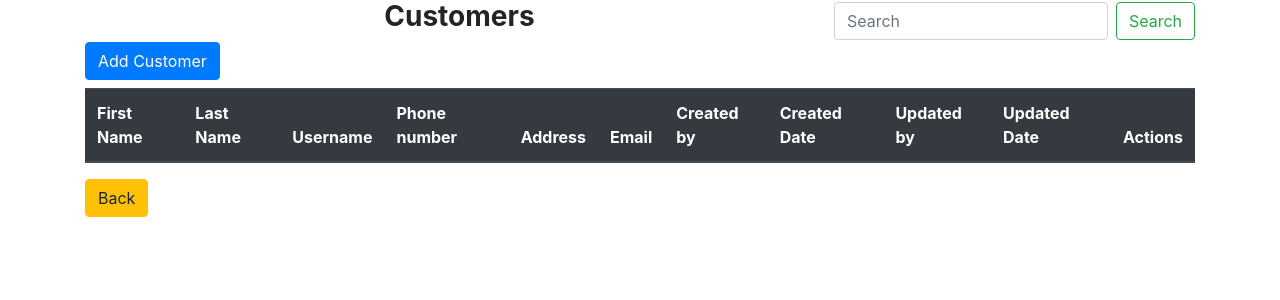
Repository: messimacky/Movie-Rental-System-Front-End
Page: /customers
An editor plug-in stored every save of this project. The page is shown before and after the next save, followed by the edit.
The browser window is 1280 px wide. The pictures show the whole page.
The page's requests for data from a server got no answer. The project was rebuilt for these pictures with package versions that can differ from the ones it lists, and the page was loaded fresh each time. No one was signed in, and anything a server would have sent is missing. Also part of the build but not shown: src/services/movie.service.js, src/components/AddMovie.js, src/components/MoviesList.js, src/components/NotFound.js, src/components/login/Login.js, src/components/AddCustomer.js, src/services/rental.service.js, src/components/RentalsList.js and 5 more.

Above is the page before, as saved 2022-05-04 23:42:26.

After the next save:
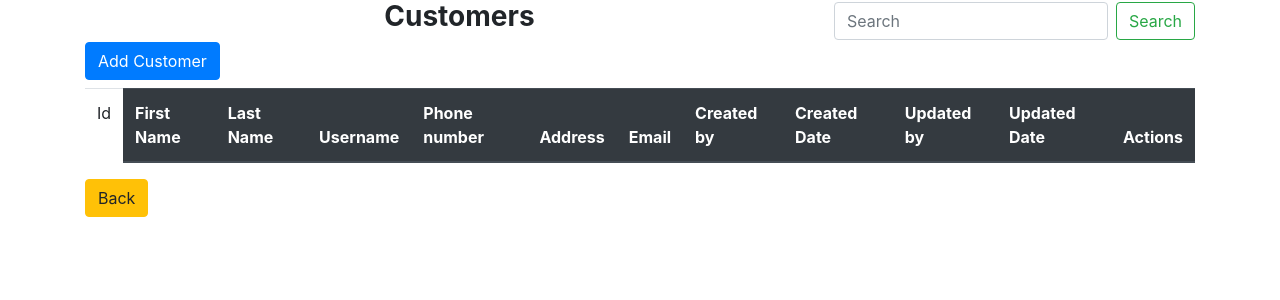
Saved 5 min 50 s later.
--- a/src/components/CustomerList.js
+++ b/src/components/CustomerList.js
@@ -56,7 +56,7 @@
                 <table className="table table-border table-sriped">
                     <thead className="thead-dark">
                         <tr>
-
+                            <td>Id</td>
                             <th>First Name</th>
                             <th>Last Name</th>
                             <th>Username</th>

After the 3 saves that followed:
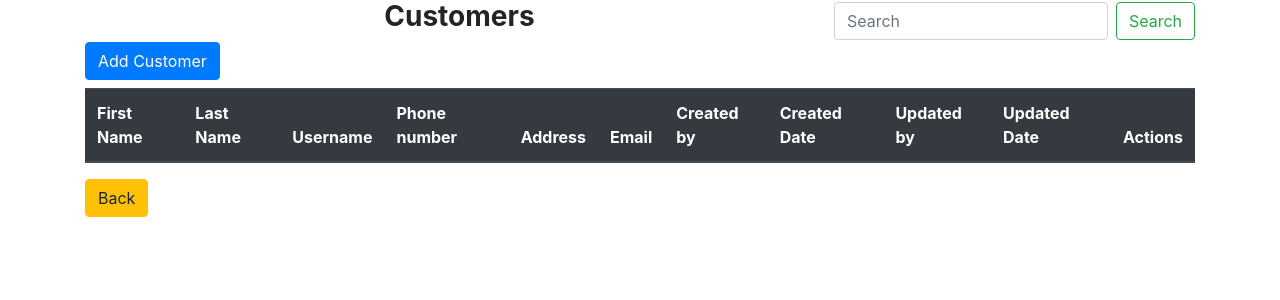
The 3 saves are shown as one change because 2 left the picture as it was.
The last was saved 61 s later.
--- a/src/components/CustomerList.js
+++ b/src/components/CustomerList.js
@@ -56,7 +56,6 @@
                 <table className="table table-border table-sriped">
                     <thead className="thead-dark">
                         <tr>
-                            <td>Id</td>
                             <th>First Name</th>
                             <th>Last Name</th>
                             <th>Username</th>
@@ -79,7 +78,6 @@
                         {
                             customers.map(customer => (
                                 <tr key={customer.id} >
-
                                     <td>{customer.firstName}</td>
                                     <td>{customer.lastName}</td>
                                     <td>{customer.username}</td>
